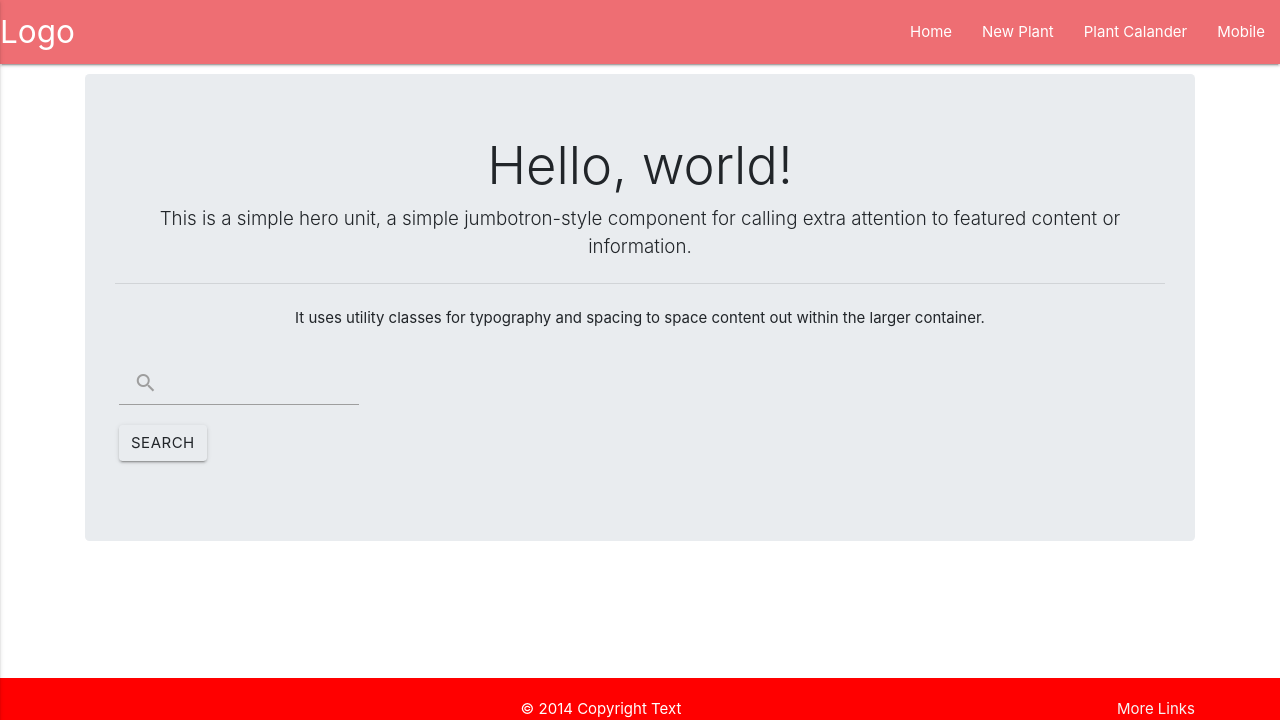
Repository: Lemoenskil/Milestone_project_3_Garden_planner
Page: http://localhost/
The author's editor kept a record of every edit. The page is drawn from the files as they stood at one moment, then again after the next edit.
The browser window is 1280 px wide. The pictures show the whole page.
Some web libraries are served in a nearby version. The page is served by the project's application, run on Flask 3 (app.py). Queries for data that is not in the repository find no rows.

Above is the page before.
Console error: TypeError: $(...).floatingActionButton is not a function

After the next edit:
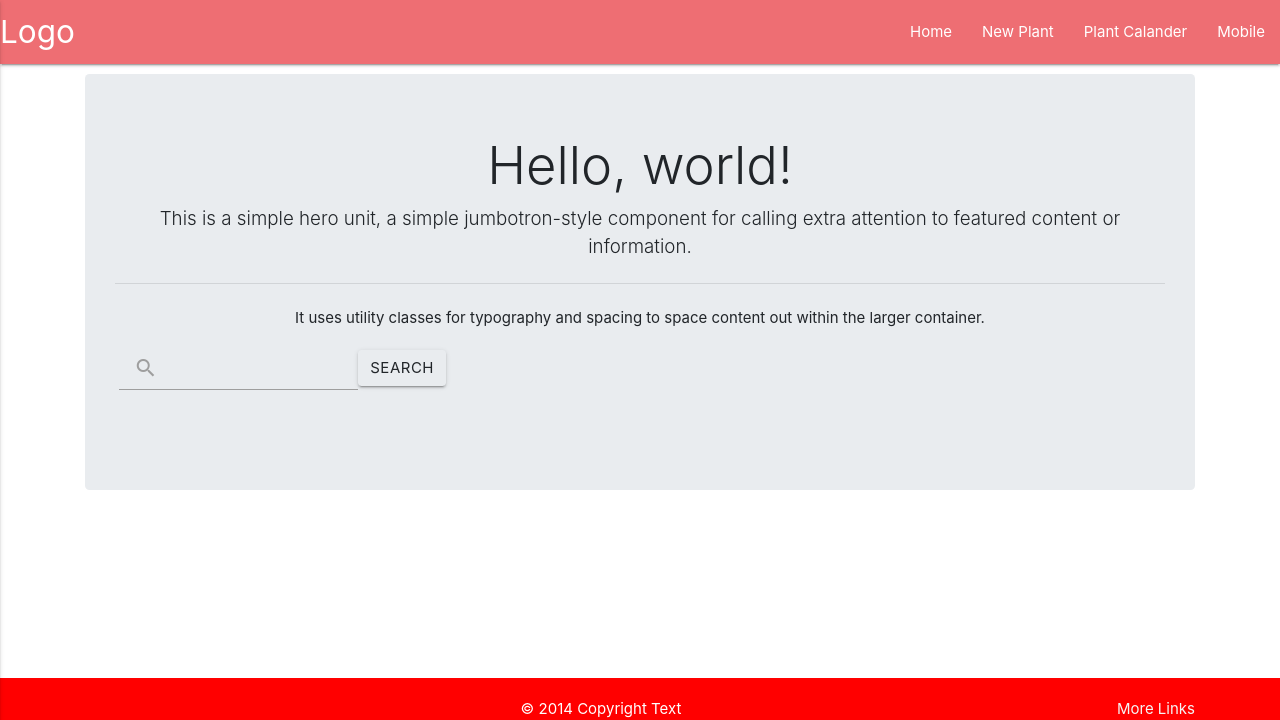
The edit:
--- a/static/css/style.css
+++ b/static/css/style.css
@@ -70,3 +70,16 @@ main {
 .jumbotron{
     margin-top: 10px;
 }
+
+.input-group{
+  display:table;
+  width:100%;
+}
+.input-group .input-field,
+.input-group .input-group-addon{
+  display:table-cell;
+}
+
+.page-item.active .page-link{
+    z-index: 0!important;
+}
